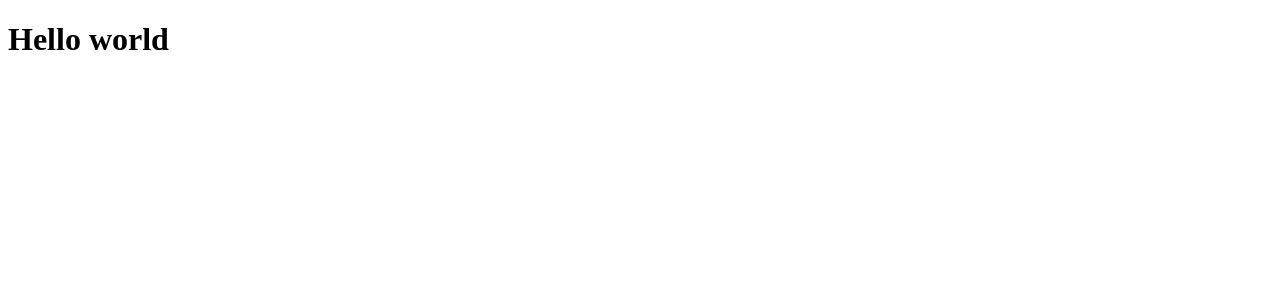
Repository: janismozgis-rcs/gurpa_5_test
Page: http://localhost/
The author's editor kept a copy of each file at every save. The page is drawn from the files as they stood at one save, then again after the next save.
The browser window is 1280 px wide. The pictures show the whole page.
The page is run by PHP 8.4 with error messages shown; the project is at /var/www/html/.

Above is the page before, as saved 2018-06-18 18:44:17.

After the next save:
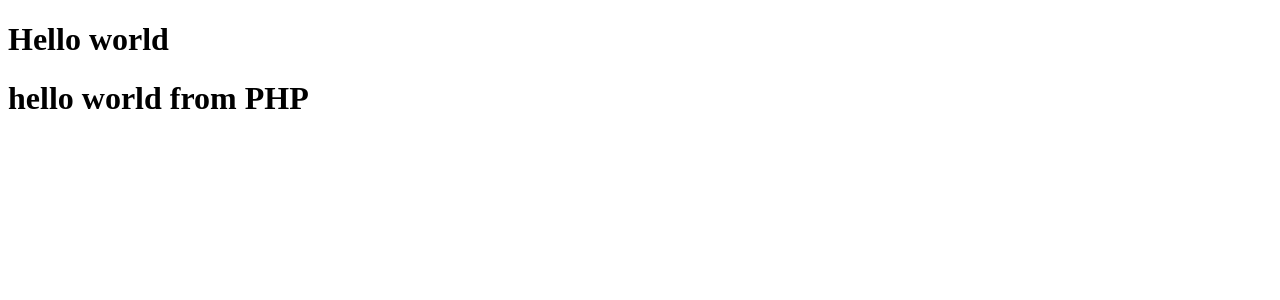
Saved 115 s later.
--- a/index.php
+++ b/index.php
@@ -6,5 +6,6 @@
 </head>
 <body>
     <h1>Hello world</h1>
+    <h1><?php echo 'hello world from PHP'; ?></h1>
 </body>
 </html>
